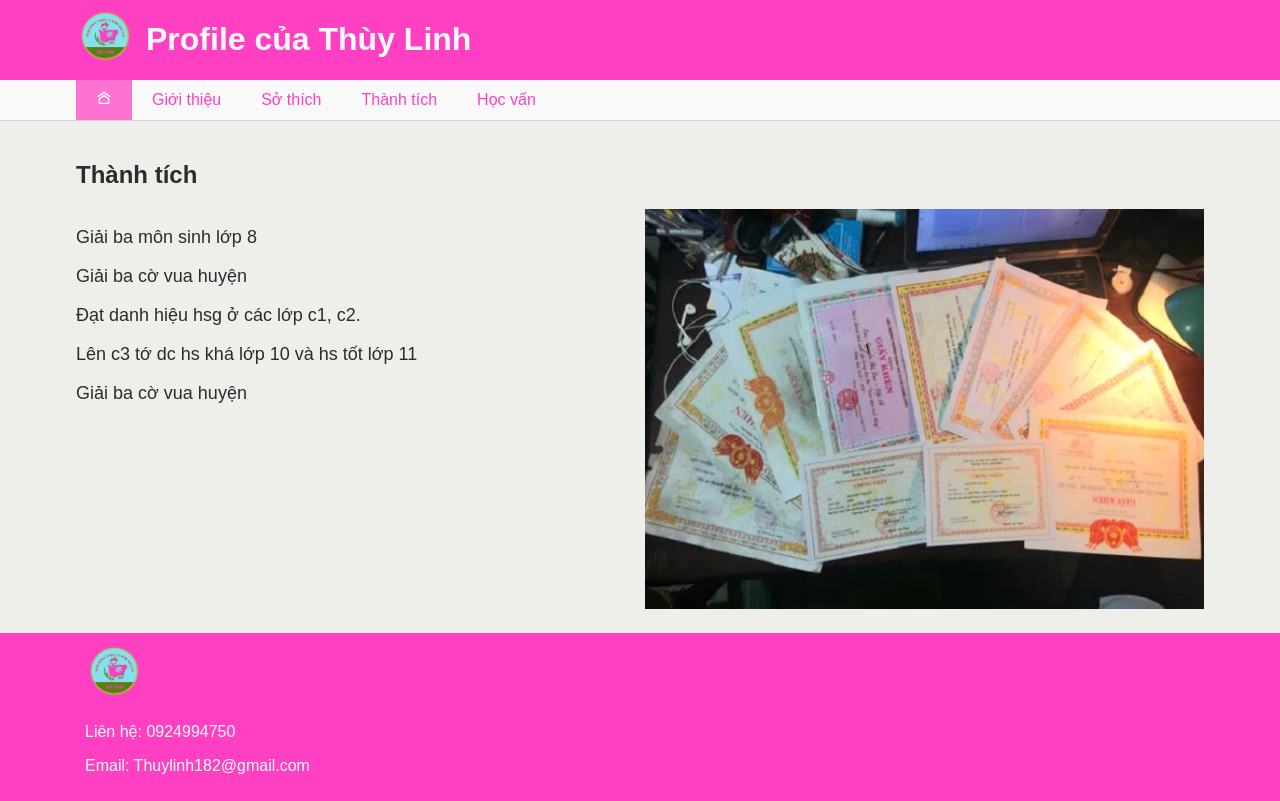
Repository: DucLong-PD07979/profile-vu-thuy-linh
Page: thanh-tich.html
An editor plug-in stored every save of this project. The page is shown before and after the next save, followed by the edit.
The browser window is 1280 px wide. The pictures show the whole page.

Above is the page before, as saved 2025-03-13 22:01:32.
Not found: script.js

After the next save:
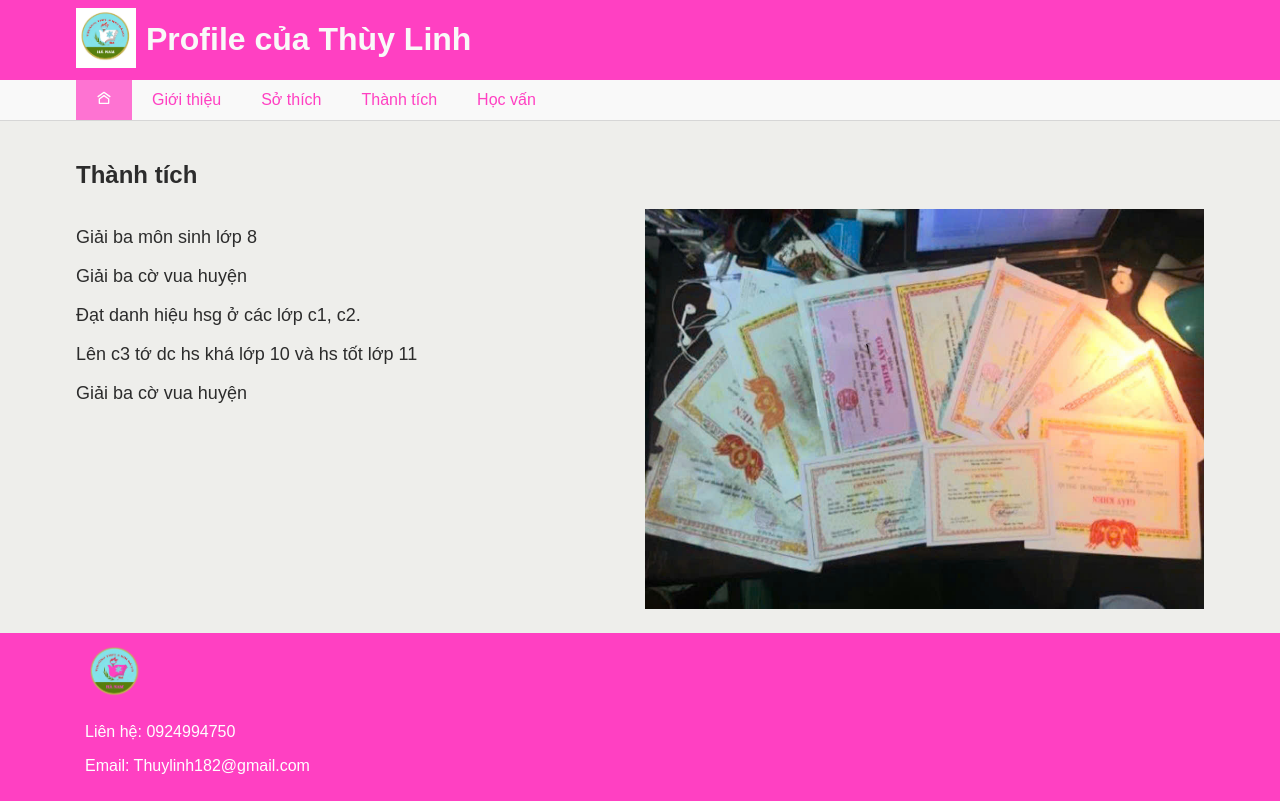
Saved 87 s later.
--- a/thanh-tich.html
+++ b/thanh-tich.html
@@ -12,7 +12,7 @@
             <div class="container">
                 <div class="logo">
                     <img
-                        src="./images/anh-doan-3-removebg-preview.png"
+                        src="./images/anh-doan-3.jpg"
                         alt="Logo"
                     />
                 </div>
